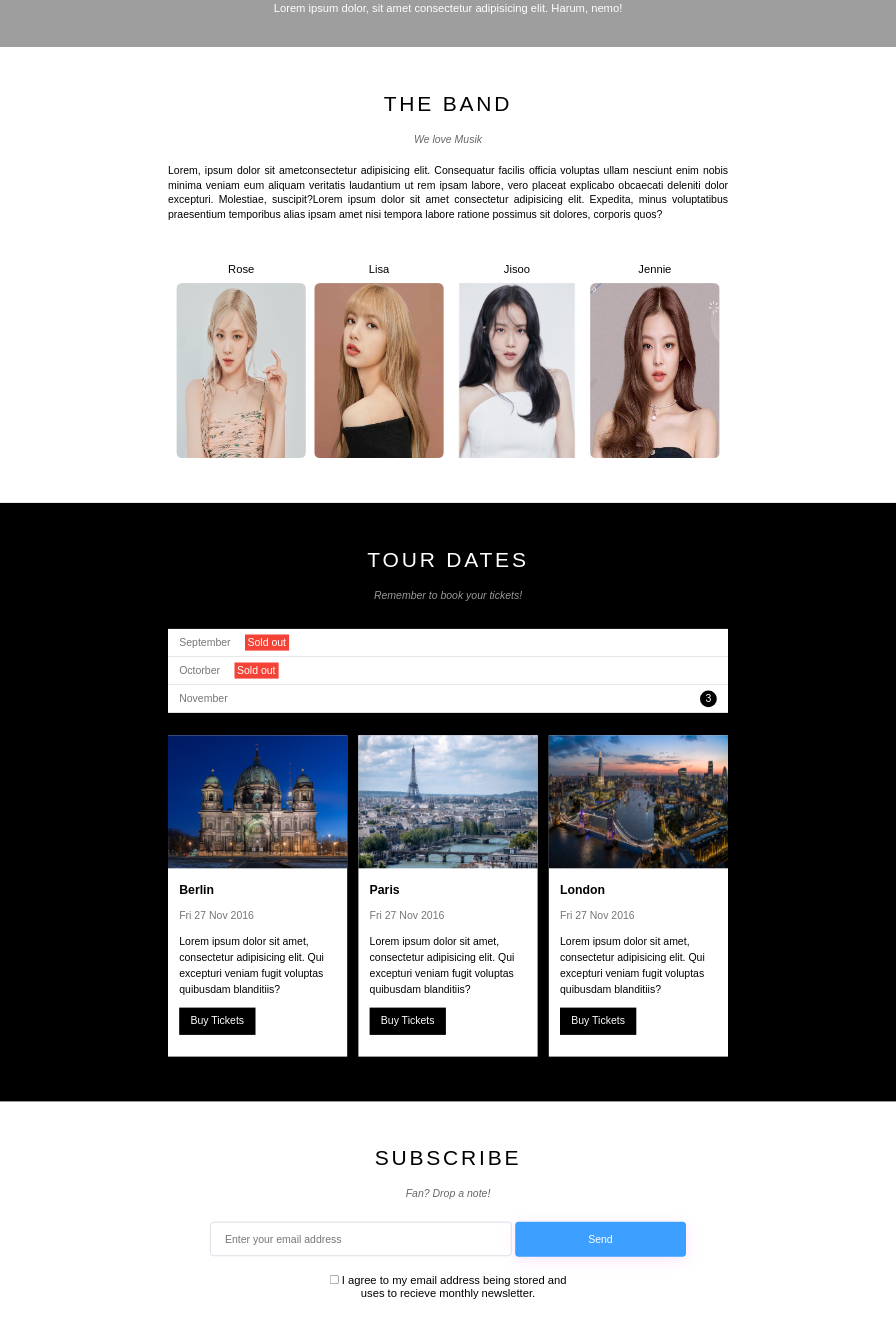
Repository: AiTrinh303/First-Project
Page: /
An editor plug-in stored every save of this project. The page is shown before and after the next save, followed by the edit.
The browser window is 1280 px wide. The pictures show the part of the page from y = 619 to 2539 px (the page is 2539 px tall), at 70% of full size.
Pictures or frames that could not be fetched are drawn as grey boxes. The project was rebuilt for these pictures with package versions that can differ from the ones it lists, and the page was loaded fresh each time.

Above is the page before, as saved 2024-01-23 10:15:26.

### index.html
<!DOCTYPE html>
<html lang="en">
<head>
    <meta charset="UTF-8">
    <meta name="viewport" content="width=device-width, initial-scale=1.0">
    <title>Singer Website</title>
    <link rel="stylesheet" href="./fonts/themify-icons-font/themify-icons/themify-icons.css">
    <link rel="stylesheet" href="./src/styles/main.css">
</head>
<body>
   <div id="main">

        <div id="header">
            <ul id="nav">
                <li><a href="">Home</a></li>
                <li><a href="">Band</a></li>
                <li><a href="">Tour</a></li>
                <li><a href="">Contact</a></li>
                <li>
                    <a href="#">
                        More
                        <i class="nav-arrown-down ti-angle-down"></i>
                     </a>
                    <ul class="subnav">
                        <li><a href="">Merchandise</a></li>
                        <li><a href="">Extras</a></li>
                        <li><a href="">Media</a></li>
                    </ul>
                </li>
            </ul>

            <div class="search-btn">
                <i class="search-icon ti-search"></i>

            </div>
        </div>

        <div id="slider">

            <div class="text-content">
                <h2 class="text-heading">Black Pink</h2>
                <p class="text-description">Lorem ipsum dolor, sit amet consectetur adipisicing elit. Harum, nemo!</p>
            </div>

        </div>

        <div id="content">
            <!-- About Section -->
            <div class="content-section">
                <h2 class="section-heading">THE BAND</h2>
                <p class="section-sub-heading">We love Musik</p>
                <p class="about-text">Lorem, ipsum dolor sit ametconsectetur adipisicing elit. Consequatur facilis officia voluptas ullam nesciunt enim nobis minima veniam eum aliquam veritatis laudantium ut rem ipsam labore, vero placeat explicabo obcaecati deleniti dolor excepturi. Molestiae, suscipit?Lorem ipsum dolor sit amet consectetur adipisicing elit. Expedita, minus voluptatibus praesentium temporibus alias ipsam amet nisi tempora labore ratione possimus sit dolores, corporis quos?</p>

                <div class="members-list">
                    <div class="member-item">
                        <p class="member-name">Rose</p>
                        <img src="./src/img/rose.png " alt="Rose" class="member-img" >
                    </div>

                    <div class="member-item">
                        <p class="member-name">Lisa</p>
                        <img src="./src/img/Lisa2.jpg" alt="Lisa" class="member-img" >
                    </div>

                    <div class="member-item">
                        <p class="member-name">Jisoo</p>
                        <img src="./src/img/jisoo.jpeg" alt="Jisoo" class="member-img" >
                    </div>

                    <div class="member-item">
                        <p class="member-name">Jennie</p>
                        <img src="./src/img/Jennie.jpg" alt="Jennie" class="member-img" >
                    </div>
                </div>
            </div>

            <!-- Tour Section -->
            <div class="tour-section">

                <div class="content-section">
                    <h2 class="section-heading text-white">TOUR DATES</h2>
                    <p class="section-sub-heading text-white">Remember to book your tickets!</p>

                    <ul class="tickets-list">
                        <li>September <span class="sold-out">Sold out</span></li>
                        <li>Octorber <span class="sold-out">Sold out</span></li>
                        <li>November <span class="quantity">3</span></li>
                    </ul>

                    <div class="places-list">
                        <div class="place-item">
                            <img src="./src/img/Berlin.jpg" alt="Berlin" class="place-img" >
                            <div class="place-body">
                                <h3 class="place-heading">Berlin</h3>
                                <p class="place-time">Fri 27 Nov 2016</p>
                                <p class="place-desc">Lorem ipsum dolor sit amet, consectetur adipisicing elit. Qui excepturi veniam fugit voluptas quibusdam blanditiis?</p>
                                <a href="#" class="place-btn">Buy Tickets</a>
                            </div>
                        </div>

                        <div class="place-item">
                            <img src="./src/img/Paris.jpg" alt="Paris" class="place-img" >
                            <div class="place-body">
                                <h3 class="place-heading">Paris</h3>
                                <p class="place-time">Fri 27 Nov 2016</p>
                                <p class="place-desc">Lorem ipsum dolor sit amet, consectetur adipisicing elit. Qui excepturi veniam fugit voluptas quibusdam blanditiis?</p>
                                <a href="#" class="place-btn">Buy Tickets</a>
                            </div>
                        </div>

                        <div class="place-item">
                            <img src="./src/img/London.jpeg" alt="London" class="place-img">
                            <div class="place-body">
                                <h3 class="place-heading">London</h3>
                                <p class="place-time">Fri 27 Nov 2016</p>
                                <p class="place-desc">Lorem ipsum dolor sit amet, consectetur adipisicing elit. Qui excepturi veniam fugit voluptas quibusdam blanditiis?</p>
                                <a href="#" class="place-btn">Buy Tickets</a>
                            </div>
                        </div>
                    </div>
                </div>

            </div>

            <!-- Contact Section -->
            <!-- Contact -->
            <div id="contact">
                <div class="content-section">
                    <h2 class="section-heading">SUBSCRIBE</h2>
                    <p class="section-sub-heading">Fan? Drop a note!</p>
                    <div class="form-wrap">

                        <div class="form">
                            <input type="email" class="form__email" placeholder="Enter your email address" />
                            <button class="form__button">Send</button>
                        </div>
                        <div class="notice">
                            <input type="checkbox">
                            <span class="notice__copy">I agree to my email address being stored and uses to recieve monthly newsletter.</span>
                        </div>

                    </div>
                </div>
            </div>






        <div id="footer">

        </div>

   </div>
</body>
</html>

### src/styles/main.css
* {
  padding: 0;
  margin: 0;
  box-sizing: border-box;
}

html {
  scroll-behavior: smooth;
  font-family: Arial, Helvetica, sans-serif;
}

.text-white {
  color: white;
}

#header {
  height: 46px;
  background-color: #000;
  position: fixed;
  top: 0;
  left: 0;
  right: 0;
  z-index: 1;
}

#nav {
  display: inline-block;
}

#nav, .subnav {
  list-style: none;
}

#nav > li {
  display: inline-block;
}

#nav li {
  position: relative;
}

#nav > li > a {
  color: #fff;
  text-transform: uppercase;
}

#nav li a {
  color: #fff;
  text-decoration: none;
  line-height: 46px;
  padding: 0 24px;
  display: block;
}

#nav li:hover .subnav {
  display: block;
}

#nav > li:hover > a,
#nav .subnav li:hover a {
  color: #000;
  background-color: #ccc;
}

#nav .subnav {
  display: none;
  min-width: 160px;
  position: absolute;
  background-color: #fff;
  box-shadow: 0 0 10px rgba(0, 0, 0, 0.3);
  top: 100%;
  left: 0;
}

#nav .nav-arrown-down {
  font-size: 14px;
}

#nav .subnav a {
  color: #000;
  padding: 0 12px;
  line-height: 38px;
}

#header .search-btn {
  float: right;
  padding: 0 21px;
}

#header .search-btn:hover {
  background-color: #f44336;
  cursor: pointer;
}

#header .search-icon {
  color: #fff;
  font-size: 20px;
  line-height: 46px;
}

#slider {
  position: relative;
  margin-top: 46px;
  padding-top: 50%;
  background: url("../img/slider-1.jpg") center/100% no-repeat;
}

#slider .text-content {
  position: absolute;
  bottom: 47px;
  color: #fff;
  width: 100%;
  text-align: center;
}

#slider .text-heading {
  font-weight: 500;
  font-size: 24px;
}

#slider .text-decoration {
  font-size: 15px;
  margin-top: 25px;
}

#content .content-section {
  width: 800px;
  padding: 64px 0;
  margin-left: auto;
  margin-right: auto;
}

#content .section-heading {
  font-size: 30px;
  font-weight: 500;
  letter-spacing: 4px;
  text-align: center;
}

#content .section-sub-heading {
  font-size: 15px;
  margin-top: 25px;
  text-align: center;
  font-style: italic;
  opacity: 0.6;
}

#content .about-text {
  margin-top: 25px;
  font-size: 15px;
  text-align: justify;
  line-height: 1.4;
}

#content .member-item {
  display: flex;
  flex-direction: column;
  align-items: center;
}

#content .member-name {
  line-height: 2.5;
}

#content .members-list {
  margin-top: 48px;
  display: flex;
  justify-content: space-evenly;
}

#content .member-img {
  width: 185px;
  min-height: 250px;
  border-radius: 8px;
}

.tour-section {
  background: #000;
}

.tickets-list {
  background-color: #fff;
  margin-top: 40px;
}

.tickets-list li {
  font-size: 15px;
  color: #757575;
  padding: 11px 16px;
  border-bottom: 1px solid #ddd;
  list-style-type: none;
}

.tickets-list .sold-out {
  background-color: #f44336;
  color: #fff;
  padding: 3px 4px;
  margin-left: 16px;
}

.tickets-list .quantity {
  float: right;
  width: 24px;
  height: 24px;
  background-color: #000;
  color: #fff;
  border-radius: 50%;
  text-align: center;
  line-height: 24px;
  margin-top: -3px;
}

.places-list {
  display: flex;
  gap: 16px;
  justify-content: space-between;
  margin-top: 32px;
}

.places-list .place-item {
  background-color: #fff;
}

.places-list .place-img {
  width: 100%;
  height: 190px;
}

.places-list .place-img:hover {
  opacity: 0.6;
  cursor: pointer;
}

.places-list .place-body {
  padding: 15px 16px;
  min-height: 205px;
  font-size: 15px;
  line-height: 22.5px;
}

.place-body .place-heading {
  font-weight: 700;
}

.place-body .place-time {
  margin: 15px 0;
  color: #757575;
}

.place-body .place-btn {
  align-items: flex-start;
  background-color: #000;
  display: inline-block;
  font-size: 15px;
  line-height: 22.5px;
  margin: 15px 0px 16px 0px;
  padding: 8px 16px;
  text-align: center;
  color: #fff;
  text-decoration: none;
}

.place-body .place-btn:hover {
  color: #000;
  background-color: #ccc;
}


/* contact form */

.form-wrap{

  margin-top: 32px;
  text-align: center;
  display: flex;
  flex-direction: column;
  align-items: center;

}
.form {
margin-bottom: 25px;
}

.form__email {
padding: 15px 20px;
border-radius: 5px;
border: 1px solid #CAD3DB;
width: 431px;
font-size: 15px;
color: #0F121F;
}

.form__email:focus {
outline: 1px solid #3D9FFF;
}

.form__button {
background: #3D9FFF;
padding: 5px;
border: none;
width: 244px;
height: 50px;
border-radius: 5px;
font-size: 15px;
color: white;
box-shadow: 0 4px 20px rgba(254, 216, 255, 0.7);
}

.form__button:hover {
box-shadow: 0 10px 20px rgba(61, 159, 255, 0.7);
}

.notice {
width: 345px;
}



#footer{

}

Loaded but not shown: fonts/themify-icons-font/themify-icons/themify-icons.css (common file)

After the next save:
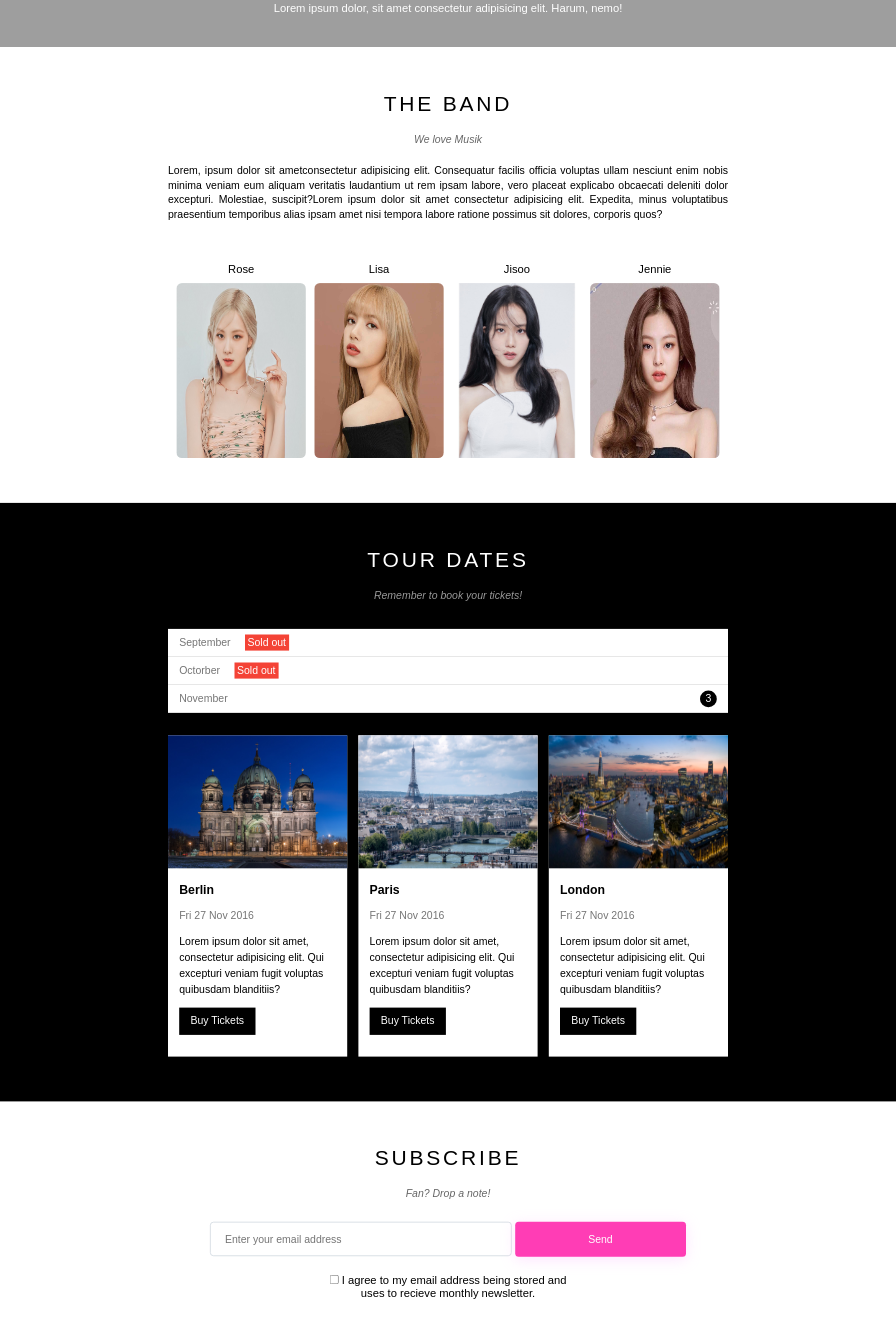
Saved 10 s later.
--- a/src/styles/main.css
+++ b/src/styles/main.css
@@ -295,7 +295,7 @@ outline: 1px solid #3D9FFF;
 }
 
 .form__button {
-background: #3D9FFF;
+background: #ff3db5;
 padding: 5px;
 border: none;
 width: 244px;
